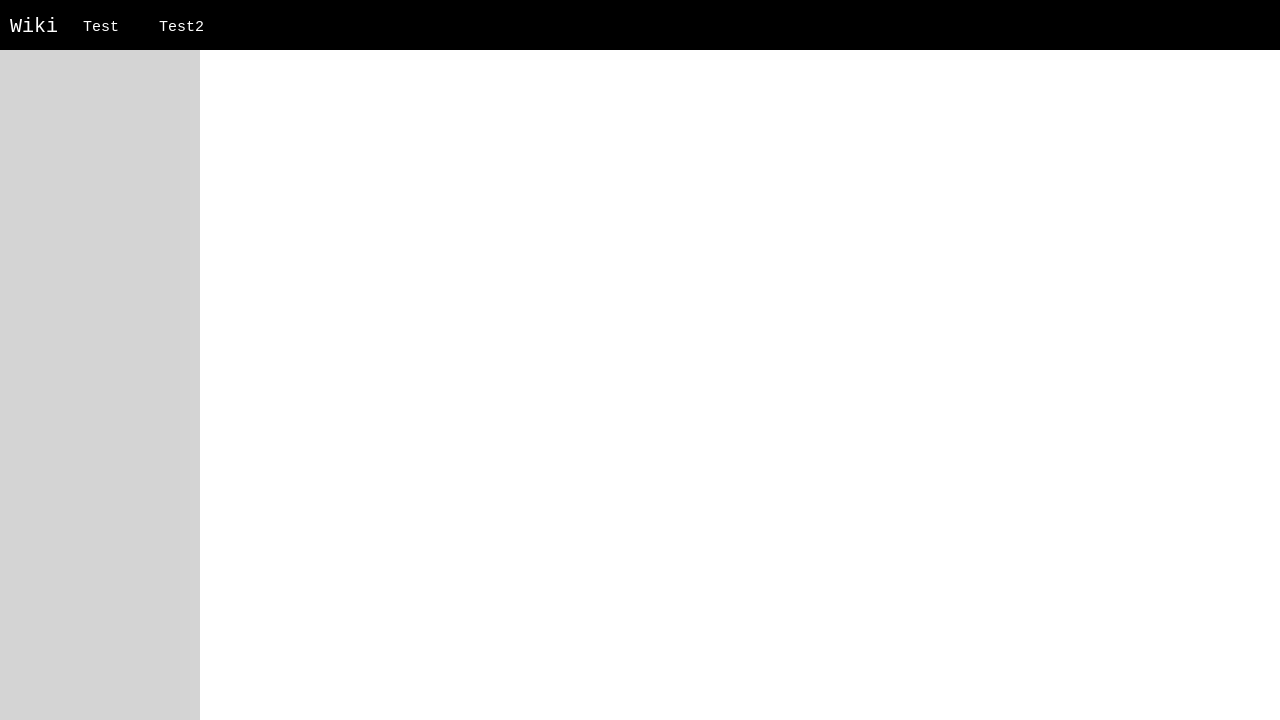
Repository: TimKral5/WikiPage
Page: index.html
The author's editor kept a copy of each file at every save. The page is drawn from the files as they stood at one save, then again after the next save.
The browser window is 1280 px wide. The pictures show the whole page.

Above is the page before, as saved 2022-11-04 19:58:01.
Console error: TypeError: Cannot read properties of null (reading 'removeAttribute')

After the next save:
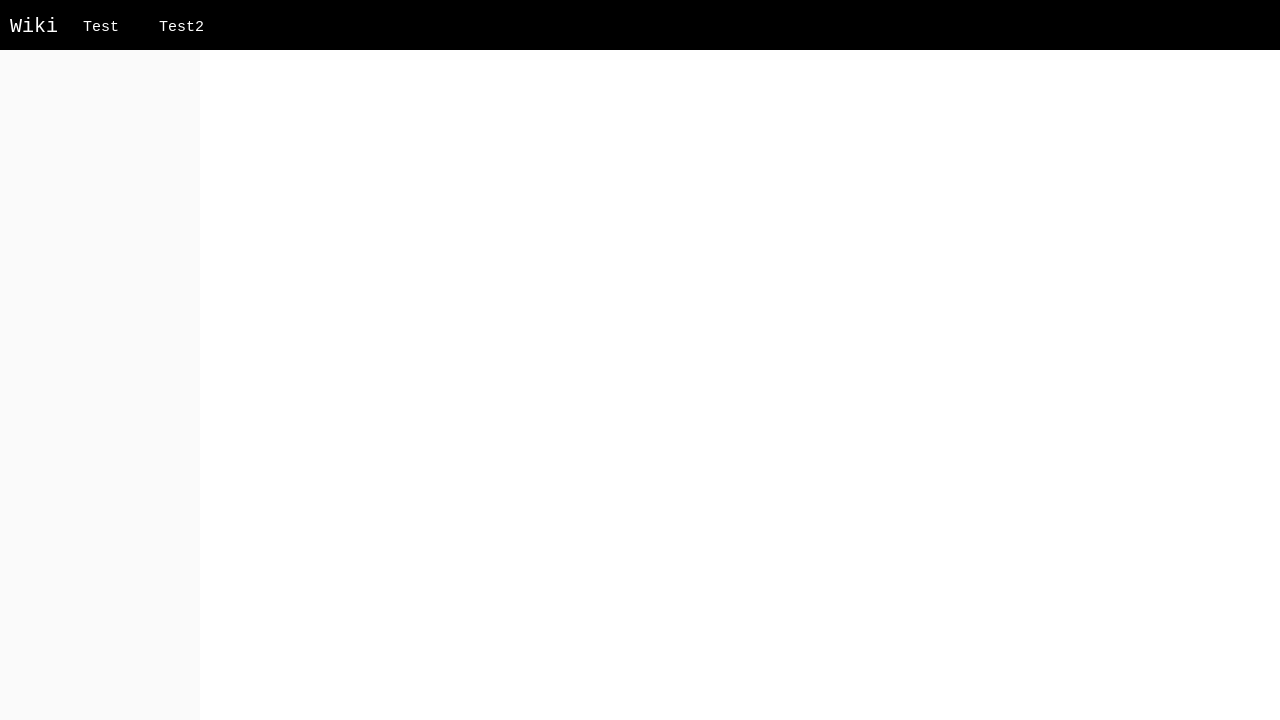
Saved 16 s later.
--- a/style.css
+++ b/style.css
@@ -16,7 +16,7 @@ div.nav-side {
     left: 0px;
     bottom: 0px;
     width: 200px;
-    background-color: rgb(212, 212, 212);
+    background-color: rgb(250, 250, 250);
 }
 
 div.nav-top {
